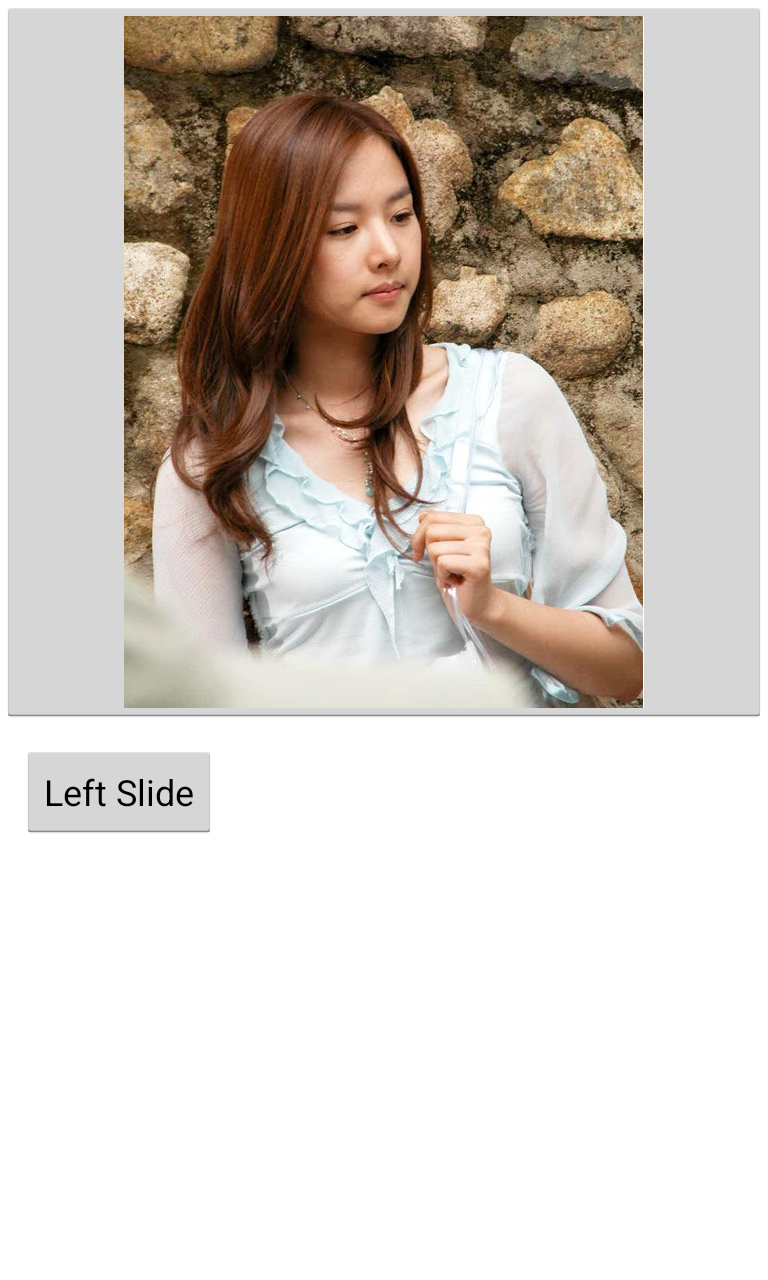
Repository: venusgo/movieClient
Layout: movie_client/res/layout/activity_main.xml
The author's editor kept a copy of each file at every save. The layout is drawn from the files as they stood at one save, then again after the next save.
It is drawn on a 768 x 1280 px phone screen (xhdpi) without system bars, with theme AppTheme; the app's code is not run.

Above is the layout before, as saved 2013-09-30 05:20:02.

### movie_client/res/layout/activity_main.xml
<LinearLayout xmlns:android="http://schemas.android.com/apk/res/android"
    xmlns:tools="http://schemas.android.com/tools"
    android:layout_width="fill_parent"
    android:layout_height="match_parent"
    android:orientation="vertical" >

    <FrameLayout
        android:layout_width="fill_parent"
        android:layout_height="match_parent"
        android:background="#ffffff"
        android:orientation="vertical" >

        <LinearLayout
            android:id="@+id/ll_menuLayout"
            android:layout_width="match_parent"
            android:layout_height="match_parent"
            android:background="#ff393c46"
            android:gravity="left"
            android:orientation="vertical"
            android:textColor="#ff000000" >

            <!-- include -->

            <include
                android:id="@+id/ic_leftslidemenu"
                android:layout_width="match_parent"
                android:layout_height="match_parent"
                layout="@layout/leftslidemenu" />
        </LinearLayout>

        <!-- slide layout -->

        <LinearLayout
            android:id="@+id/ll_mainlayout"
            android:layout_width="match_parent"
            android:layout_height="match_parent"
            android:background="#ffffffff"
            android:gravity="left"
            android:orientation="vertical" >

            <ImageButton
                android:layout_width="match_parent"
                android:layout_height="wrap_content"
                android:src="@drawable/poster" />

            <FrameLayout
                android:layout_width="match_parent"
                android:layout_height="match_parent" >

                <Button
                    android:id="@+id/bt_left"
                    android:layout_width="wrap_content"
                    android:layout_height="wrap_content"
                    android:layout_margin="10dp"
                    android:text="Left Slide" />

              	<LinearLayout
                    android:id="@+id/ll_fragment"
                    android:layout_width="match_parent"
                    android:layout_height="wrap_content"
                    android:orientation="vertical" >

                </LinearLayout>

                <LinearLayout
                    android:id="@+id/ll_empty"
                    android:layout_width="fill_parent"
                    android:layout_height="fill_parent"
                    android:background="@android:color/transparent"
                    android:orientation="vertical" >

                </LinearLayout>

            </FrameLayout>

        </LinearLayout>


    </FrameLayout>
</LinearLayout>

### movie_client/res/layout/leftslidemenu.xml
<LinearLayout xmlns:android="http://schemas.android.com/apk/res/android"
    xmlns:tools="http://schemas.android.com/tools"
    android:layout_width="fill_parent"
    android:layout_height="match_parent"
    android:background="#994444cc"
    android:orientation="vertical"
    android:padding="10dp" >

    <Button
        android:id="@+id/btn1"
        android:layout_width="fill_parent"
        android:layout_height="wrap_content"
        android:text="Button 1 " />

    <Button
        android:id="@+id/btn2"
        android:layout_width="fill_parent"
        android:layout_height="wrap_content"
        android:text="Button 2 " />

    <Button
        android:id="@+id/btn3"
        android:layout_width="fill_parent"
        android:layout_height="wrap_content"
        android:text="Button 3 " />

    <Button
        android:id="@+id/btn4"
        android:layout_width="fill_parent"
        android:layout_height="wrap_content"
        android:text="Button 4 " />

</LinearLayout>

Loaded but not shown: movie_client/res/values/styles.xml (common file); movie_client/res/values-v11/styles.xml (common file); movie_client/res/values-v14/styles.xml (common file)

After the next save:
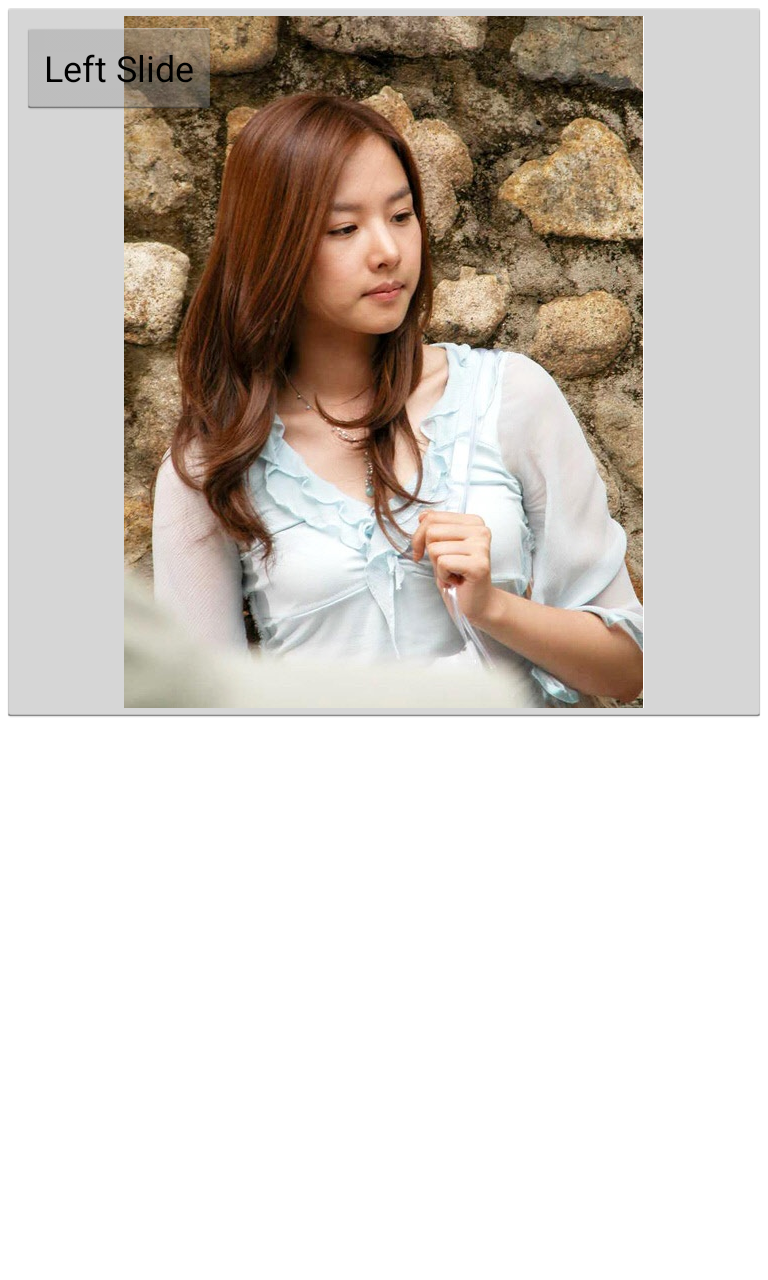
Saved 3 min 32 s later.
--- a/movie_client/res/layout/activity_main.xml
+++ b/movie_client/res/layout/activity_main.xml
@@ -42,39 +42,35 @@
                 android:layout_width="match_parent"
                 android:layout_height="wrap_content"
                 android:src="@drawable/poster" />
-
-            <FrameLayout
-                android:layout_width="match_parent"
-                android:layout_height="match_parent" >
-
-                <Button
-                    android:id="@+id/bt_left"
-                    android:layout_width="wrap_content"
-                    android:layout_height="wrap_content"
-                    android:layout_margin="10dp"
-                    android:text="Left Slide" />
-
-              	<LinearLayout
-                    android:id="@+id/ll_fragment"
-                    android:layout_width="match_parent"
-                    android:layout_height="wrap_content"
-                    android:orientation="vertical" >
-
-                </LinearLayout>
-
-                <LinearLayout
-                    android:id="@+id/ll_empty"
-                    android:layout_width="fill_parent"
-                    android:layout_height="fill_parent"
-                    android:background="@android:color/transparent"
-                    android:orientation="vertical" >
-
-                </LinearLayout>
-
-            </FrameLayout>
-
         </LinearLayout>
 
+        <Button
+            android:id="@+id/bt_left"
+            android:layout_width="wrap_content"
+            android:layout_height="wrap_content"
+            android:layout_margin="10dp"
+            android:text="Left Slide" />
 
     </FrameLayout>
+
+    <FrameLayout
+        android:layout_width="match_parent"
+        android:layout_height="match_parent" >
+
+        <LinearLayout
+            android:id="@+id/ll_fragment"
+            android:layout_width="match_parent"
+            android:layout_height="wrap_content"
+            android:orientation="vertical" >
+        </LinearLayout>
+
+        <LinearLayout
+            android:id="@+id/ll_empty"
+            android:layout_width="fill_parent"
+            android:layout_height="fill_parent"
+            android:background="@android:color/transparent"
+            android:orientation="vertical" >
+        </LinearLayout>
+    </FrameLayout>
+
 </LinearLayout>
